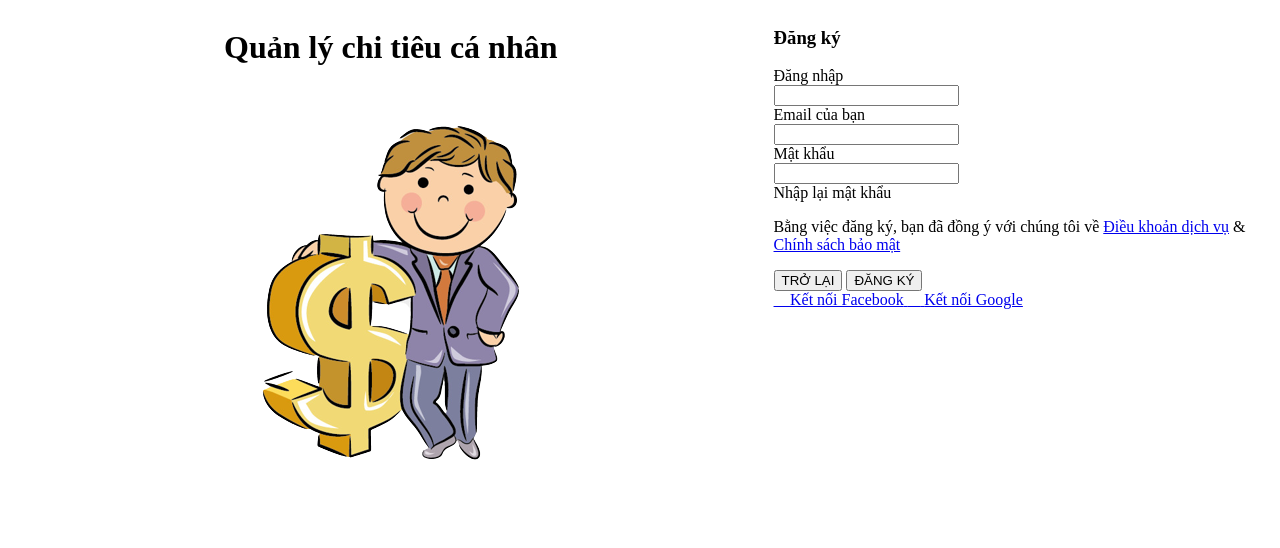
Repository: ximvhs/sochitieu
Page: login.html
An editor plug-in stored every save of this project. The page is shown before and after the next save, followed by the edit.
The browser window is 1280 px wide. The pictures show the whole page.
Some web fonts or font styles are not loaded; a fallback is used.

Above is the page before, as saved 2023-04-05 09:59:46.

### login.html
<!DOCTYPE html>
<html lang="en">
<head>
    <meta charset="UTF-8">
    <meta http-equiv="X-UA-Compatible" content="IE=edge">
    <meta name="viewport" content="width=device-width, initial-scale=1.0">
    <title>Đăng nhập</title>
    <link rel="stylesheet" href="./assets/css/login.css">
    <link rel="stylesheet" href="./assets/css/grid.css">
    <link rel="stylesheet" href="./assets/css/resets.css">
    <link rel="stylesheet" href="./assets/css/responsive.css">
    <link rel="stylesheet" href="./themify-icons-font/themify-icons/themify-icons.css">
    <link rel="stylesheet" href="https://fonts.googleapis.com/css2?family=Material+Symbols+Outlined:opsz,wght,FILL,GRAD@20..48,100..700,0..1,-50..200" />
    <link rel="preconnect" href="https://fonts.googleapis.com">
    <link rel="preconnect" href="https://fonts.gstatic.com" crossorigin>
    <link href="https://fonts.googleapis.com/css2?family=Dongle:wght@700&display=swap" rel="stylesheet">
    <link rel="stylesheet" href="https://stackpath.bootstrapcdn.com/font-awesome/4.7.0/css/font-awesome.min.css"
    integrity="sha384-wvfXpqpZZVQGK6TAh5PVlGOfQNHSoD2xbE+QkPxCAFlNEevoEH3Sl0sibVcOQVnN" crossorigin="anonymous">
    <link rel="preconnect" href="https://fonts.gstatic.com">
    <link href="https://fonts.googleapis.com/css2?family=Open+Sans:ital,wght@0,400;0,600;0,700;0,800;1,400&display=swap"
    rel="stylesheet">
</head>
<body>
    <form action="">
        <div class="modal js-show_register">
                <div class="modal__body">
                    <div class="auth-form--left">
                        <H1>Quản lý chi tiêu cá nhân</H1>
                        <img src="./img/logo-login.png" alt="">
                    </div>
                    <div class="auth-form--right js-auth-form">
                        <div class="auth-form__container">
                            <div class="auth-form__header">
                                <h3 class="auth-form__heading">Đăng ký</h3>
                                <span class="auth-form__switch-btn js-login">Đăng nhập</span>
                            </div>

                            <div class="auth-form__form">
                                <div class="auth-form__group">
                                    <input type="text" class="auth-form__input" required placeholder=" ">
                                    <div class="form-label">Email của bạn</div>
                                </div>
                                <div class="auth-form__group">
                                    <input type="password" class="auth-form__input" required placeholder=" ">
                                    <div class="form-label">Mật khẩu</div>
                                </div>
                                <div class="auth-form__group">
                                    <input type="password" class="auth-form__input" required placeholder=" ">
                                    <div class="form-label">Nhập lại mật khẩu</div>
                                </div>
                            </div>

                            <div class="auth-form__aside">
                                <p class="auth-form__policy-text">
                                    Bằng việc đăng ký, bạn đã đồng ý với chúng tôi về
                                    <a href="#" class="auth-form__text-link">Điều khoản dịch vụ</a> &
                                    <a href="#" class="auth-form__text-link">Chính sách bảo mật</a>
                                </p>
                            </div>
                            <div class="auth-form__controls">
                                <button class="btn btn--normal auth-form__controls--back js-close">TRỞ LẠI</button>
                                <button class="btn btn--normal btn--primary">ĐĂNG KÝ</button>
                            </div>
                        </div>

                        <div class="auth-form__socials">
                            <a href="#" class="auth-form__socials--facebook btn btn--size-s btn--with-icon">
                                <i class="auth-form__socials-icon fab fa-facebook-square"></i>
                                <span class="auth-form__socials-text">Kết nối Facebook</span>
                            </a>
                            <a href="#" class="auth-form__socials--google btn btn--size-s btn--with-icon">
                                <i class="auth-form__socials-icon fab fa-google"></i>
                                <span class="auth-form__socials-text">Kết nối Google</span>
                            </a>
                        </div>
                    </div>
                </div>
        </div>
    </form>
</body>
</html>

### assets/css/login.css
.modal {
    background-image: linear-gradient(to top right, #999, );
}

.modal__body {
    display: flex;
    justify-content: space-between;
}

.auth-form--left {
    display: flex;
    justify-content: center;
    flex-wrap: wrap;
}

### assets/css/grid.css
.grid {
    width: 100%;
    display: block;
    padding: 0;
}

.grid.wide {
    max-width: 1200px;
    margin: 0 auto;
}

.row {
    display: flex;
    flex-wrap: wrap;
    margin-left: -4px;
    margin-right: -4px;
}

.row.no-gutters {
    margin-left: 0;
    margin-right: 0;
}

.col {
    padding-left: 4px;
    padding-right: 4px;
}

.row.no-gutters .col {
    padding-left: 0;
    padding-right: 0;
}

.c-0 {
    display: none;
}

.c-1 {
    flex: 0 0 8.33333%;
    max-width: 8.33333%;
}

.c-2 {
    flex: 0 0 16.66667%;
    max-width: 16.66667%;
}

.c-3 {
    flex: 0 0 25%;
    max-width: 25%;
}

.c-4 {
    flex: 0 0 33.33333%;
    max-width: 33.33333%;
}

.c-5 {
    flex: 0 0 41.66667%;
    max-width: 41.66667%;
}

.c-6 {
    flex: 0 0 50%;
    max-width: 50%;
}

.c-7 {
    flex: 0 0 58.33333%;
    max-width: 58.33333%;
}

.c-8 {
    flex: 0 0 66.66667%;
    max-width: 66.66667%;
}

.c-9 {
    flex: 0 0 75%;
    max-width: 75%;
}

.c-10 {
    flex: 0 0 83.33333%;
    max-width: 83.33333%;
}

.c-11 {
    flex: 0 0 91.66667%;
    max-width: 91.66667%;
}

.c-12 {
    flex: 0 0 100%;
    max-width: 100%;
}

.c-o-1 {
    margin-left: 8.33333%;
}

.c-o-2 {
    margin-left: 16.66667%;
}

.c-o-3 {
    margin-left: 25%;
}

.c-o-4 {
    margin-left: 33.33333%;
}

.c-o-5 {
    margin-left: 41.66667%;
}

.c-o-6 {
    margin-left: 50%;
}

.c-o-7 {
    margin-left: 58.33333%;
}

.c-o-8 {
    margin-left: 66.66667%;
}

.c-o-9 {
    margin-left: 75%;
}

.c-o-10 {
    margin-left: 83.33333%;
}

.c-o-11 {
    margin-left: 91.66667%;
}

/* >= Tablet */
@media (min-width: 740px) {
    .row {
        margin-left: -8px;
        margin-right: -8px;
    }

    .col {
        padding-left: 8px;
        padding-right: 8px;
    }

    .m-0 {
        display: none;
    }

    .m-1,
    .m-2,
    .m-3,
    .m-4,
    .m-5,
    .m-6,
    .m-7,
    .m-8,
    .m-9,
    .m-10,
    .m-11,
    .m-12 {
        display: block;
    }

    .m-1 {
        flex: 0 0 8.33333%;
        max-width: 8.33333%;
    }

    .m-2 {
        flex: 0 0 16.66667%;
        max-width: 16.66667%;
    }

    .m-3 {
        flex: 0 0 25%;
        max-width: 25%;
    }

    .m-4 {
        flex: 0 0 33.33333%;
        max-width: 33.33333%;
    }

    .m-5 {
        flex: 0 0 41.66667%;
        max-width: 41.66667%;
    }

    .m-6 {
        flex: 0 0 50%;
        max-width: 50%;
    }

    .m-7 {
        flex: 0 0 58.33333%;
        max-width: 58.33333%;
    }

    .m-8 {
        flex: 0 0 66.66667%;
        max-width: 66.66667%;
    }

    .m-9 {
        flex: 0 0 75%;
        max-width: 75%;
    }

    .m-10 {
        flex: 0 0 83.33333%;
        max-width: 83.33333%;
    }

    .m-11 {
        flex: 0 0 91.66667%;
        max-width: 91.66667%;
    }

    .m-12 {
        flex: 0 0 100%;
        max-width: 100%;
    }

    .m-o-1 {
        margin-left: 8.33333%;
    }

    .m-o-2 {
        margin-left: 16.66667%;
    }

    .m-o-3 {
        margin-left: 25%;
    }

    .m-o-4 {
        margin-left: 33.33333%;
    }

    .m-o-5 {
        margin-left: 41.66667%;
    }

    .m-o-6 {
        margin-left: 50%;
    }

    .m-o-7 {
        margin-left: 58.33333%;
    }

    .m-o-8 {
        margin-left: 66.66667%;
    }

    .m-o-9 {
        margin-left: 75%;
    }

    .m-o-10 {
        margin-left: 83.33333%;
    }

    .m-o-11 {
        margin-left: 91.66667%;
    }
}

/* PC medium resolution > */
@media (min-width: 1113px) {
    .row {
        margin-left: -12px;
        margin-right: -12px;
    }

    .row.sm-gutter {
        margin-left: -5px;
        margin-right: -5px;
    }

    .col {
        padding-left: 12px;
        padding-right: 12px;
    }

    .row.sm-gutter .col {
        padding-left: 5px;
        padding-right: 5px;
    }

    .l-0 {
        display: none;
    }

    .l-1,
    .l-2,
    .l-2-4,
    .l-3,
    .l-4,
    .l-5,
    .l-6,
    .l-7,
    .l-8,
    .l-9,
    .l-10,
    .l-11,
    .l-12 {
        display: block;
    }

    .l-1 {
        flex: 0 0 8.33333%;
        max-width: 8.33333%;
    }

    .l-2 {
        flex: 0 0 16.66667%;
        max-width: 16.66667%;
    }

    .l-2-4 {
        flex: 0 0 20%;
        max-width: 20%;
    }

    .l-3 {
        flex: 0 0 25%;
        max-width: 25%;
    }

    .l-4 {
        flex: 0 0 33.33333%;
        max-width: 33.33333%;
    }

    .l-5 {
        flex: 0 0 41.66667%;
        max-width: 41.66667%;
    }

    .l-6 {
        flex: 0 0 50%;
        max-width: 50%;
    }

    .l-7 {
        flex: 0 0 58.33333%;
        max-width: 58.33333%;
    }

    .l-8 {
        flex: 0 0 66.66667%;
        max-width: 66.66667%;
    }

    .l-9 {
        flex: 0 0 75%;
        max-width: 75%;
    }

    .l-10 {
        flex: 0 0 83.33333%;
        max-width: 83.33333%;
    }

    .l-11 {
        flex: 0 0 91.66667%;
        max-width: 91.66667%;
    }

    .l-12 {
        flex: 0 0 100%;
        max-width: 100%;
    }

    .l-o-1 {
        margin-left: 8.33333%;
    }

    .l-o-2 {
        margin-left: 16.66667%;
    }

    .l-o-3 {
        margin-left: 25%;
    }

    .l-o-4 {
        margin-left: 33.33333%;
    }

    .l-o-5 {
        margin-left: 41.66667%;
    }

    .l-o-6 {
        margin-left: 50%;
    }

    .l-o-7 {
        margin-left: 58.33333%;
    }

    .l-o-8 {
        margin-left: 66.66667%;
    }

    .l-o-9 {
        margin-left: 75%;
    }

    .l-o-10 {
        margin-left: 83.33333%;
    }

    .l-o-11 {
        margin-left: 91.66667%;
    }
}

/* Tablet - PC low resolution */
@media (min-width: 740px) and (max-width: 1023px) {
    .wide {
        width: 644px;
    }
}

/* > PC low resolution */
@media (min-width: 1024px) and (max-width: 1239px) {
    .wide {
        width: 984px;
    }

    .wide .row {
        margin-left: -12px;
        margin-right: -12px;
    }

    .wide .row.sm-gutter {
        margin-left: -5px;
        margin-right: -5px;
    }

    .wide .col {
        padding-left: 12px;
        padding-right: 12px;
    }

    .wide .row.sm-gutter .col {
        padding-left: 5px;
        padding-right: 5px;
    }

    .wide .l-0 {
        display: none;
    }

    .wide .l-1,
    .wide .l-2,
    .wide .l-2-4,
    .wide .l-3,
    .wide .l-4,
    .wide .l-5,
    .wide .l-6,
    .wide .l-7,
    .wide .l-8,
    .wide .l-9,
    .wide .l-10,
    .wide .l-11,
    .wide .l-12 {
        display: block;
    }

    .wide .l-1 {
        flex: 0 0 8.33333%;
        max-width: 8.33333%;
    }

    .wide .l-2 {
        flex: 0 0 16.66667%;
        max-width: 16.66667%;
    }

    .wide .l-2-4 {
        flex: 0 0 20%;
        max-width: 20%;
    }

    .wide .l-3 {
        flex: 0 0 25%;
        max-width: 25%;
    }

    .wide .l-4 {
        flex: 0 0 33.33333%;
        max-width: 33.33333%;
    }

    .wide .l-5 {
        flex: 0 0 41.66667%;
        max-width: 41.66667%;
    }

    .wide .l-6 {
        flex: 0 0 50%;
        max-width: 50%;
    }

    .wide .l-7 {
        flex: 0 0 58.33333%;
        max-width: 58.33333%;
    }

    .wide .l-8 {
        flex: 0 0 66.66667%;
        max-width: 66.66667%;
    }

    .wide .l-9 {
        flex: 0 0 75%;
        max-width: 75%;
    }

    .wide .l-10 {
        flex: 0 0 83.33333%;
        max-width: 83.33333%;
    }

    .wide .l-11 {
        flex: 0 0 91.66667%;
        max-width: 91.66667%;
    }

    .wide .l-12 {
        flex: 0 0 100%;
        max-width: 100%;
    }

    .wide .l-o-1 {
        margin-left: 8.33333%;
    }

    .wide .l-o-2 {
        margin-left: 16.66667%;
    }

    .wide .l-o-3 {
        margin-left: 25%;
    }

    .wide .l-o-4 {
        margin-left: 33.33333%;
    }

    .wide .l-o-5 {
        margin-left: 41.66667%;
    }

    .wide .l-o-6 {
        margin-left: 50%;
    }

    .wide .l-o-7 {
        margin-left: 58.33333%;
    }

    .wide .l-o-8 {
        margin-left: 66.66667%;
    }

    .wide .l-o-9 {
        margin-left: 75%;
    }

    .wide .l-o-10 {
        margin-left: 83.33333%;
    }

    .wide .l-o-11 {
        margin-left: 91.66667%;
    }
}

Loaded but not shown: assets/css/resets.css (no stored copy; drawn as an empty file); assets/css/responsive.css (no stored copy; drawn as an empty file)

After the next save:
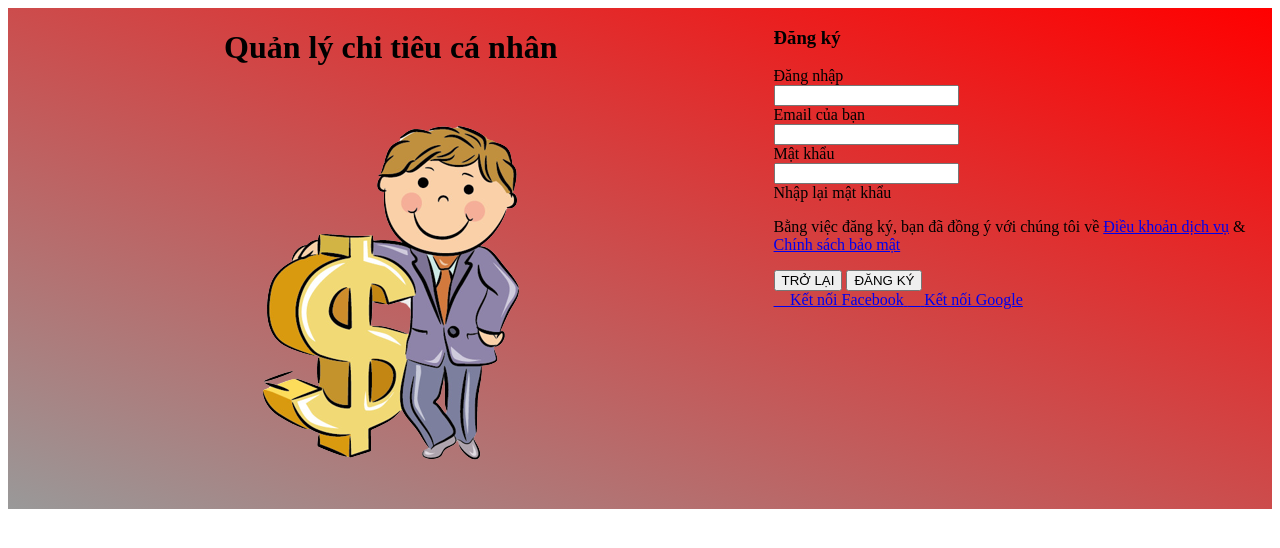
Saved 4 s later.
--- a/assets/css/login.css
+++ b/assets/css/login.css
@@ -1,5 +1,5 @@
 .modal {
-    background-image: linear-gradient(to top right, #999, );
+    background-image: linear-gradient(to top right, #999, red);
 }
 
 .modal__body {
